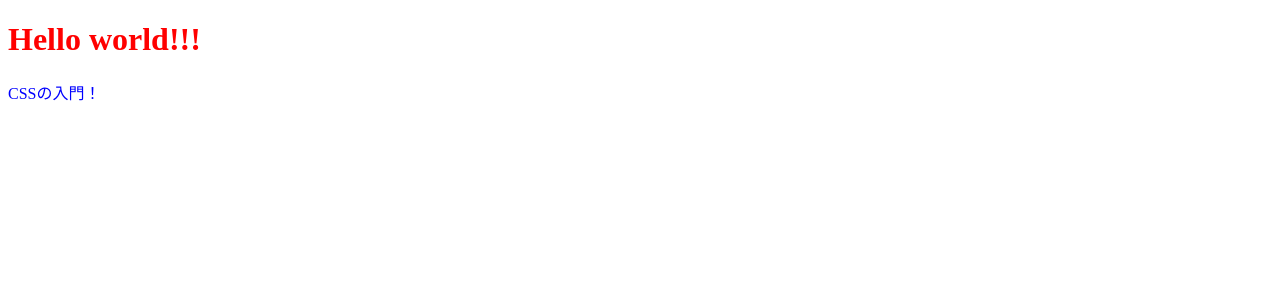
Repository: sasaya0222/test
Page: html/css_intro/index.html
The author's editor kept a record of every edit. The page is drawn from the files as they stood at one moment, then again after the next edit.
The browser window is 1280 px wide. The pictures show the whole page.

Above is the page before.

### html/css_intro/index.html
<!DOCTYPE HTML>
<html>
<head>
  <meta charset="UTF-8" />
  <title>TECH BOOST</title>

  <style>
#title {
  color: red;
}

.description {
  color: blue;
}
  </style>
</head>
  <body>
<h1 id="title">Hello world!!!</h1>
<p class="description">CSSの入門！</p>
  </body>
</html>

### html/css_intro/css/style.css
#title {
  color: red;
}

.description {
  color: blue;
}

After the next edit:
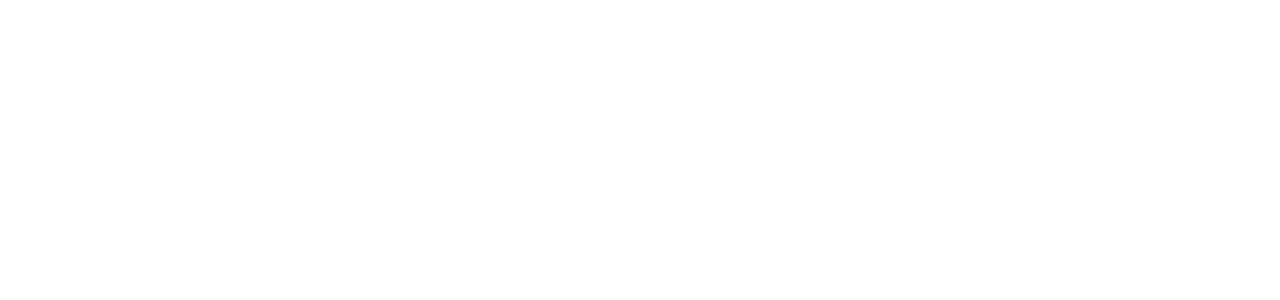
The edit:
--- a/html/css_intro/index.html
+++ b/html/css_intro/index.html
@@ -5,14 +5,8 @@
   <title>TECH BOOST</title>
 
   <style>
-#title {
-  color: red;
-}
+  <link rel="stylesheet" href="css/style.css">
 
-.description {
-  color: blue;
-}
-  </style>
 </head>
   <body>
 <h1 id="title">Hello world!!!</h1>

After the edit that followed:
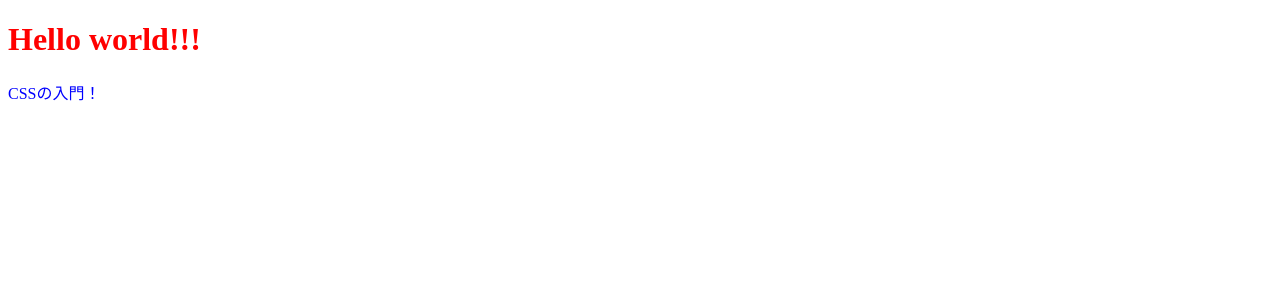
The edit:
--- a/html/css_intro/index.html
+++ b/html/css_intro/index.html
@@ -3,8 +3,6 @@
 <head>
   <meta charset="UTF-8" />
   <title>TECH BOOST</title>
-
-  <style>
   <link rel="stylesheet" href="css/style.css">
 
 </head>
